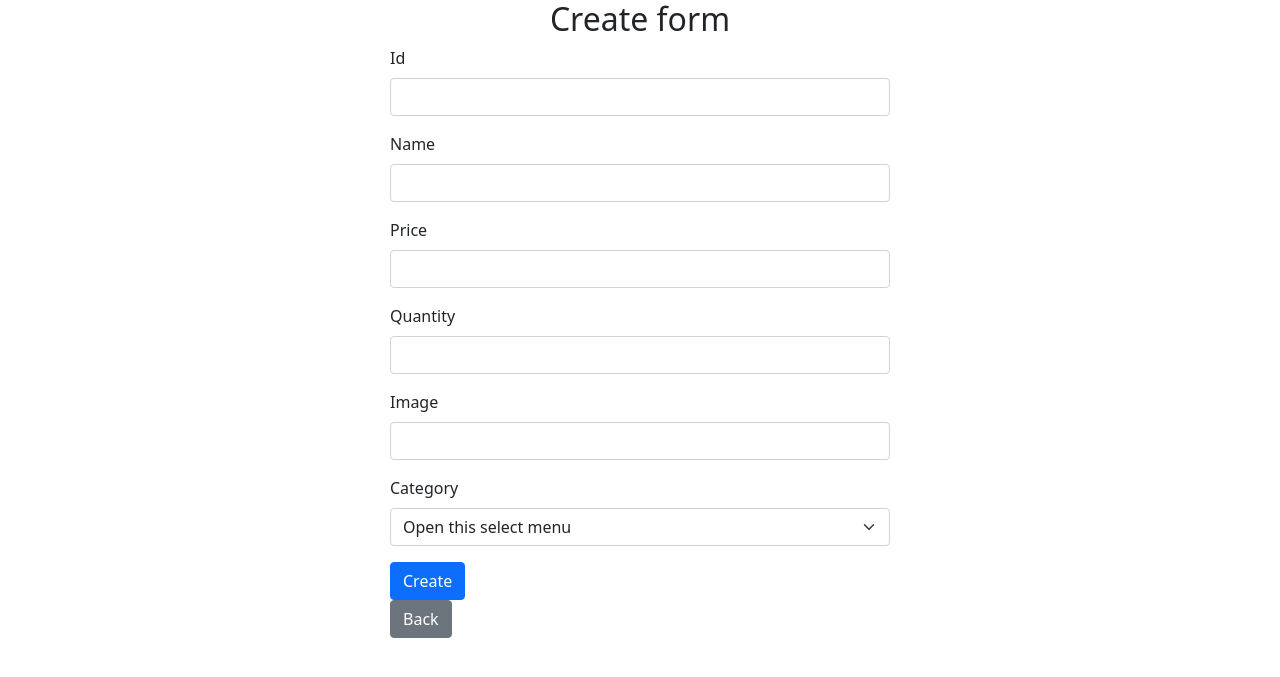
Repository: hongquan16101995/servlet-jw0124
Page: http://localhost/demo/products?action=createGet
These files come from the project's save history. The page is drawn as it stood at one moment and after the next save; the edit follows.
The browser window is 1280 px wide. The pictures show the whole page.
The page is served by Tomcat 9.

Above is the page before, as saved 2024-05-14 12:20:18.

After the next save:
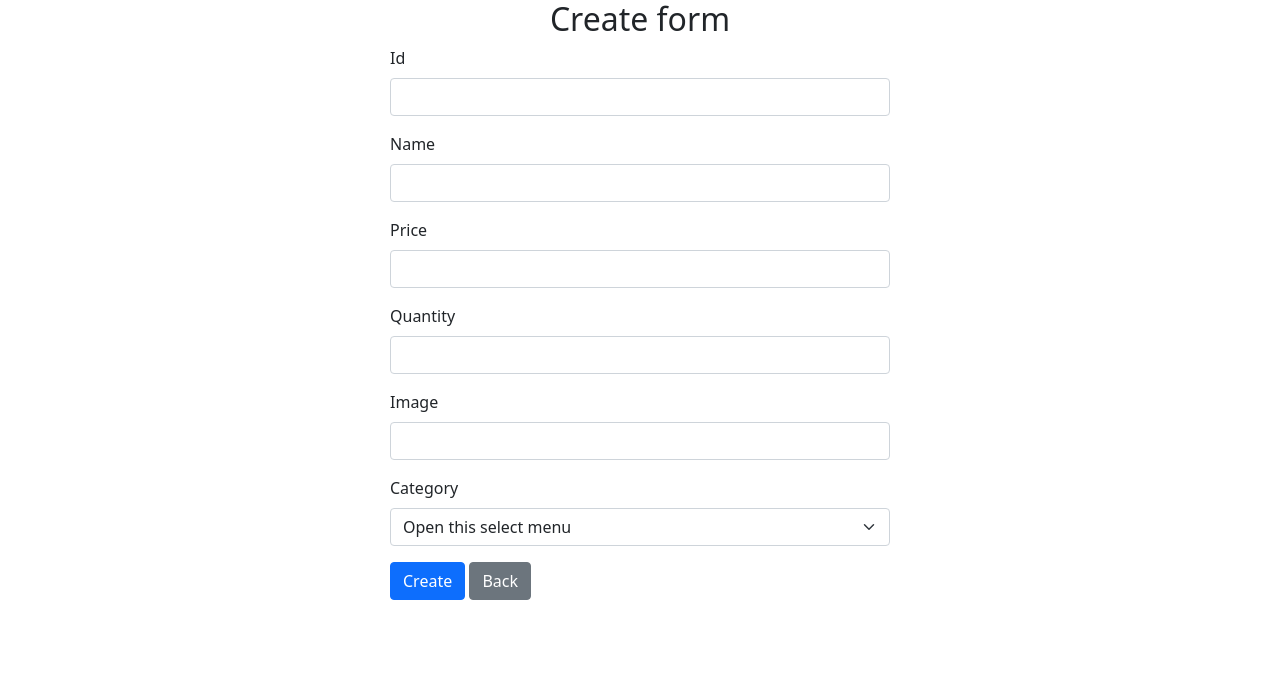
Saved 24 s later.
--- a/demo/src/main/webapp/product/create.jsp
+++ b/demo/src/main/webapp/product/create.jsp
@@ -53,8 +53,9 @@
 </select>
 </div>
 <button class="btn btn-primary" type="submit">Create</button>
+<a href="/demo/products" class="btn btn-secondary" >Back</a>
 </form>
-<a href="/demo/products" class="btn btn-secondary" >Back</a>
+
 </div>
 </body>
 </html>
